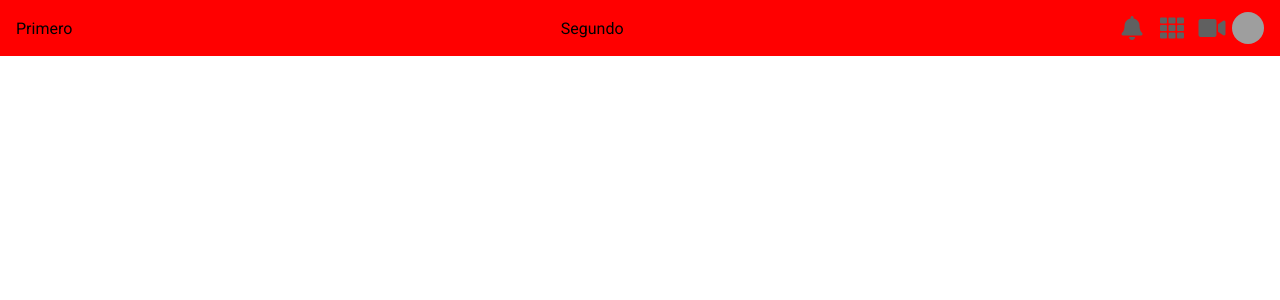
Repository: RobertAries28/ClonYoutube
Page: index.html
These files come from the project's save history. The page is drawn as it stood at one moment and after the next save; the edit follows.
The browser window is 1280 px wide. The pictures show the whole page.
Pictures or frames that could not be fetched are drawn as grey boxes. Some web libraries are served in a nearby version.

Above is the page before, as saved 2021-08-28 11:54:29.

After the next save:
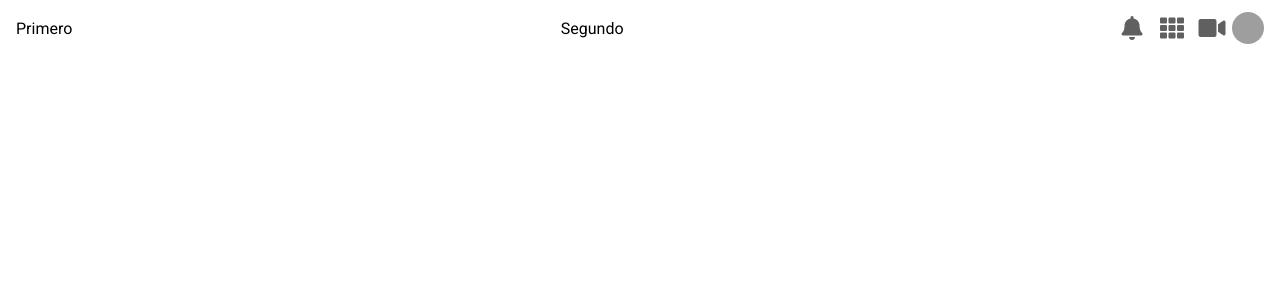
Saved 46 s later.
--- a/style.css
+++ b/style.css
@@ -72,7 +72,7 @@
 
 .main-header{
     height: var(--header-height);
-    background: red;
+
     display: flex;
     justify-content: space-between;
     padding: 0 1rem;
@@ -113,6 +113,7 @@
     border: 1px solid transparent;
     background: none;
     transition: border-color 1s;
+    cursor: pointer;
 }
 .action-button::before{
     color: var(--text-color-alt);
